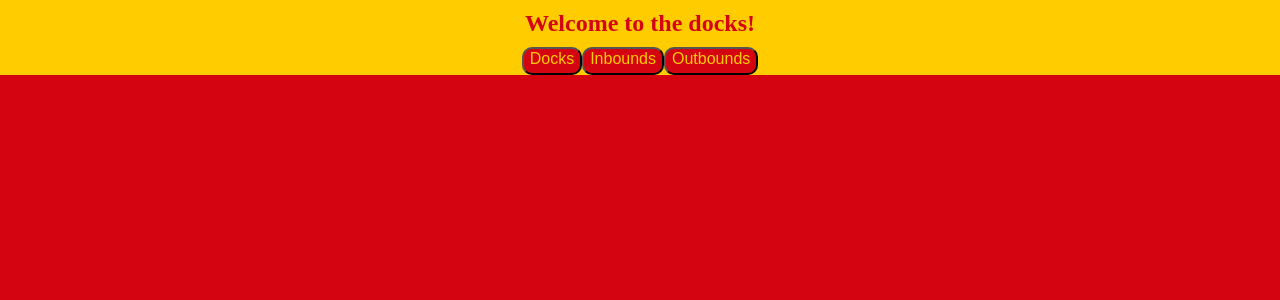
Repository: charliejp0311/java-final-proj
Page: dockWalk-frontend/index.html
These files come from the project's save history. The page is drawn as it stood at one moment and after the next save; the edit follows.
The browser window is 1280 px wide. The pictures show the whole page.
The page's requests for data from a server got no answer.

Above is the page before, as saved 2020-09-05 15:49:36.

### dockWalk-frontend/index.html
<!DOCTYPE html>
<html lang="en" dir="ltr">
    <head>
        <meta charset="utf-8">
        <link rel="stylesheet" href="style.css">
        <link rel='icon' href='images/favicon.ico'>
        <title>Dock Walk</title>
    </head>
    <body>
        <header>
            <h2>Welcome to the docks!</h2>
        </header>
        <main id="dock">

        </main>
    </body>
    <script type="application/javascript" src="src/index.js" charset="UTF-8"></script>
    <script type="application/javascript" src="src/discovery.js" charset="UTF-8"></script>
    <script type="application/javascript" src="src/dock.js" charset="UTF-8"></script>
    <script type="application/javascript" src="src/door_ranges.js" charset="UTF-8"></script>
    <script type="application/javascript" src="src/door.js" charset="UTF-8"></script>
</html>

### dockWalk-frontend/style.css
body {
    margin: 0;
    padding: 0;
    background-color: #D40511;
}

header {
    background-color: #FFCC00;
    color: #D40511;
    margin: 0 auto;
    height: 75px;
    text-align: center;
}

header h2 {
    padding: 10px;
    margin: 0;
}

main {
    display: grid;
    grid-template-columns: 1fr;
    grid-template-rows: auto;
    grid-gap: 25px;
    padding-top: 10px;
    padding-bottom: 30px;
}

div.card {
    background-color: #FFCC00;
    height: auto;
    width: auto;
    box-shadow: 10px 10px grey;
    padding: 10px;
    border-radius: 10px;
}

div.doorCard {
    /* background-color: #D40511;
    box-shadow: 10px 10px grey;
    padding: 10px;
    border-radius: 10px; */
}

p {
    font-size: .75em;
    color: black;
    font-family: Helvetica;
}
ul {
    padding: 20px;
}
td {
    padding: 20px;
}

li {
    font-size: 1.05em;
    list-style: none;
    padding-right: 20px;
    text-align: center;
}

button {
    font-size: 1em;
    color: #FFCC00;
    background-color: #D40511;
    border-radius: 10px;
    padding-bottom: 5px;
}

button.release {
    float: right;
    background-color: #E1332D;
}

@media only screen and (min-width: 500px) {
    main {
        grid-template-columns: 1fr 1fr;
    }
}

@media only screen and (min-width: 850px) {
    main {
        grid-template-columns: 1fr 1fr 1fr 1fr;
    }
}

### dockWalk-frontend/src/index.js
document.addEventListener("DOMContentLoaded", function () {
    let h = document.getElementsByTagName('header')[0]
    fetchDocks();
    let button1 = document.createElement('button')
    button1.innerText = "Docks"
    button1.addEventListener('click', (e)=>{window.location.reload()})
    let button2 = document.createElement('button')
    button2.addEventListener('click',(e)=>{
        dispDrCards(doorWithIn(), "Inbounds")
    })
    button2.innerText = "Inbounds"
    let button3 = document.createElement('button')
    button3.addEventListener('click',(e)=>{
        dispDrCards(doorWithOut(), "Outbounds")
    })
    button3.innerText = "Outbounds"
    // let button4 = document.createElement('button')
    // button4.addEventListener('click',(e)=>{
    //     dispDrCards(doorWithRack(), "Racks")
    // })
    // button4.innerText = "Racks"
    h.appendChild(button1)
    h.appendChild(button2)
    h.appendChild(button3)
    // h.appendChild(button4)
});

### dockWalk-frontend/src/discovery.js
class Discovery {
    constructor(dock, range, door, racks, stage, serviceable, s_comments, inbound_available, inbound_present, outbound_available, outbound_present, id = null) {
        this.id = id
        this.dock = dock
        this.range = range
        this.door = door
        this.racks = racks
        this.stage = stage
        this.serviceable =serviceable
        this.s_comments = s_comments
        this.inbound_available = inbound_available
        this.inbound_present = inbound_present
        this.outbound_available = outbound_available
        this.outbound_present = outbound_present
    }


}

let showDiscs = (discs)=>{
    debugger
}

let fetchDiscs = ()=>{
    return fetch('http://localhost:3000/discoveries').then(resp=>resp.json()).then(json=>showDiscs(json))
}

### dockWalk-frontend/src/dock.js
class Dock {
    constructor(id,section,ranges =[]) {
        this.id =id
        this.section = section
        this.ranges = ranges
    }
}

//making an empty array of docks/ranges/doors to store js dock obj's in thought is to get all the objects and store them in an array
const dks = [];
const ranges = [];
const drs = [];

let createDock = (docks) => {
    let d = docks.data // dock data
    let inc = docks.included /// included doors and ranges
    let rngs = inc.filter(rng => rng.type === 'door_range')//array of ranges json
    let ports = inc.filter(prt => prt.type === 'door')//array of doors json

    //docks
    for (const section of d) {
        dks.push(new Dock(section.id, section.attributes.section))//creates java object and pushes it to the dks array of docks
        //ranges
        for (const range of rngs.filter(rng => rng.relationships.dock.data.id === section.id)) {
            ranges.push(new Range(
                section.id,
                section.attributes.id,
                range.attributes.range,
                range.id,
                range.attributes.racks
                ))//creating a range adding it to all ranges
            // debugger
            //doors
            for (const p of ports.filter(prt => prt.relationships.door_range.data.id === range.id)) {
                drs.push(new Door(
                    p.attributes.id,
                    section.id,
                    section.attributes.section,
                    range.attributes.range,
                    range.id,
                    p.attributes.racks,
                    p.attributes.number,
                    p.attributes.stage,
                    p.attributes.serviceable,
                    p.attributes.service_comments,
                    p.attributes.inbound_available,
                    p.attributes.inbound_present,
                    p.attributes.outbound_available,
                    p.attributes.outbound_present
                ))//creating door/port in this instance started getting confused LOL needed to change it
                ranges[ranges['length']-1].doors.push(drs[drs.length - 1])///adding door to this ranges 'doors' array
            }//crates all doors

            dks[dks.length-1].ranges.push(ranges[ranges.length-1])//adding range to dock
        }/// creates all ranges

    }//creates all docks
    // displays the docks
    displayDocks(dks)
}
let displayDocks = (docks)=>{

    for (const dock of docks) {
        dockCards(dock)
    }//sends all docks and their ranges to the dock card.
}
// gives the dock a section card might put the event listener here......
let dispDk = (dock)=>{
    let div = document.createElement('div')
    div.className = 'section'
    div.innerText = dock.section
    div.id = dock.id
    div.addEventListener('click', (e) => {
        displaySec(dks.filter(dk => dk.id === e.currentTarget.id)[0])
    })
    for (const r of dock.ranges) {
        /// working here you are sending each docks range to create a range card
        div.appendChild(dispRng(r))
    }
    return div
}

//grabs the main grid and adds cards
let dockCards = (dock) => {
    let body = document.getElementById('dock')
    let div = document.createElement('div')
    div.className = 'card'
    div.appendChild(dispDk(dock))
    body.appendChild(div)
}

///this is the individual dock section

let displaySec = (section) => {
    let h2 = document.getElementsByTagName('h2')[0]
    h2.innerText = `${section.section} - Door Ranges`
    let dock = document.getElementById('dock')
    dock.innerText = ""
    for (const rng of section.ranges) {
        let div = document.createElement('div')
        div.className = 'card'
        div.id = rng.id
        div.addEventListener('click',(e)=>{
            displayRange(ranges.filter(rng => rng.id === e.currentTarget.id)[0])
        })
        div.appendChild(dispRng(rng))
        dock.appendChild(div)
    }
}


let fetchDocks = () => {
    return fetch('http://localhost:3000/docks')
        .then(resp => resp.json())
        .then(json => createDock(json))
}

### dockWalk-frontend/src/door_ranges.js
class Range extends Dock {
    constructor(dock_id, dock_section, range, id, doors = []) {
        super(dock_id,dock_section)
        this.range = range
        this.id = id
        this.doors = doors
    }
}

let displayRange = (range) =>{
    let h2 = document.getElementsByTagName('h2')[0]
    h2.innerText = `${range.range} `
    let body = document.getElementById('dock')
    body.innerHTML = ""
    for (const dr of range.doors) {
        let div = document.createElement('div')
        div.className = 'card'
        div.appendChild(dispDr(dr))
        div.addEventListener("click", (e)=>{ displayDoor(dr)})
        body.appendChild(div)
    }
}

let dispRng = (range) =>{
    let div = document.createElement('div')
    div.className = "range"
    div.id = range.id
    div.innerText = range.range
    for (const door of range.doors) {
        if (door.stage === true || door.racks === true || door.inbound_present === true || door.inbound_available === true || door.outbound_present === true || door.outbound_available === true) {
            div.appendChild(dispDr(door))
        }
    }
    return div

}

let doorWithOut = () =>{
    return drs.filter(door=>door.outbound_present===true || door.outbound_available===true)
}

let doorWithIn = () => {
    return drs.filter(door => door.inbound_present === true || door.inbound_available === true)
}

let doorWithRack = () =>{
    return drs.filter(door => door.racks === true)

}

### dockWalk-frontend/src/door.js
class Door extends Range {
    constructor(id,dock_id,dock_section, range, range_id, racks, number, stage, serviceable, s_comments, inbound_available, inbound_present, outbound_available, outbound_present) {
        super(dock_id, dock_section, range, range_id)
        this.id = id
        this.number = number
        this.racks = racks
        this.stage = stage
        this.serviceable = serviceable
        this.s_comments = s_comments
        this.inbound_present = inbound_present
        this.inbound_available = inbound_available
        this.outbound_present = outbound_present
        this.outbound_available  = outbound_available
    }

}

let displayDoor = (door)=>{
    let h2 = document.getElementsByTagName('h2')[0]
    h2.innerText = `${door.number}`
    let body = document.getElementById('dock')
    body.innerHTML = ""
    let div = document.createElement('div')
    div.className = 'card'
    div.innerText = door.number
    let frm = doorForm(door)
    div.appendChild(frm)
    body.appendChild(div)
    ///need to set checks here for anything that is true
    for (const key in door) {
        if (door.hasOwnProperty(key)) {
            const element = door[key];
            if (element === true) {
                document.querySelector(`#${key}`).checked = true
            }
            if(key === 's_comments'){
                document.querySelector(`#${key}`).value = door.s_comments
            }
        }
    }
}

let doorForm = (door) => {
    let form = document.createElement('form')
    let comments = document.createElement('input')
    comments.type = "text"
    form.htmlFor = door
    form.id = door.id
    for (const key in door) {
        const element = door[key];
        let checkBox = document.createElement('input')
        checkBox.type = 'checkbox'
        let comments = document.createElement('input')
        comments.type = 'text'
        let lbl = document.createElement('label')
        switch (key) {
            case 's_comments':
                lbl.innerText = `Comments ~`
                form.appendChild(lbl)
                form.innerHTML += '<br>'
                comments.id = key
                form.appendChild(comments)
                form.innerHTML += '<br>'
                break;
            default :
                if (element===true || element===false) {
                    lbl.innerText = key
                    checkBox.click()
                    checkBox.id = key
                    form.appendChild(lbl)
                    form.appendChild(checkBox)
                    form.innerHTML += '<br>'
                }
            break;
        }
    }

    let discover = document.createElement('button')
    discover.innerText = 'Discover'
    discover.addEventListener('click', (e)=>{
        let formElmnts = e.target.parentNode.children
        let disc = new Discovery(door.section, door.range, door.number, formElmnts.racks.checked, formElmnts.stage.checked, formElmnts.serviceable.checked, formElmnts.s_comments.value, formElmnts.inbound_available.checked, formElmnts.inbound_present.checked, formElmnts.outbound_available.checked, formElmnts.outbound_present.checked)
        let configObj = {
            method: "POST",
            headers: {
                "Content-Type":"application/json",
                "Accept":"application/json"
            },
            body: JSON.stringify(disc)
        };
        return fetch('http://localhost:3000/discoveries', configObj)
    })

    form.appendChild(discover)
    return form;

}


let dispDr = (door) => {
    let div = document.createElement('div')
    div.className = 'door'
    div.innerText = door.number
    div.id = door.id
    div.innerHTML += '<br/>'
    let tbl = document.createElement('tbl')
    let tdk = document.createElement('td')
    let tde = document.createElement('td')
    if (door.serviceable) {
        for (const key in door) {
            if (door.hasOwnProperty(key)) {
                if (key!=='serviceable') {
                    const element = door[key];
                    let trk = document.createElement('tr')
                    if (element === true) {
                        trk.innerText = `${key} `
                        tdk.appendChild(trk)
                    }
                    tbl.appendChild(tdk)
                }
            }
        }
    } else {
        let trk = document.createElement('tr')
        let tre = document.createElement('tr')
        trk.innerText = "OUT OF SERVICE"
        tre.innerText = door.s_comments
        tdk.appendChild(trk)
        tde.appendChild(tre)
        tbl.appendChild(tdk)
        tbl.appendChild(tde)

    }
    div.appendChild(tbl)
    return div
}

let dispDrCards = (doors,direction) =>{
    let h2 = document.getElementsByTagName('h2')[0]
    h2.innerText = `${direction}`
    let body = document.getElementById('dock')
    body.innerHTML = ""
    for (const dr of doors) {
        let div = document.createElement('div')
        div.className = 'card'
        div.appendChild(dispDr(dr))
        div.addEventListener("click", (e) => {
            displayDoor(dr)
        })
        body.appendChild(div)
    }
}

After the next save:
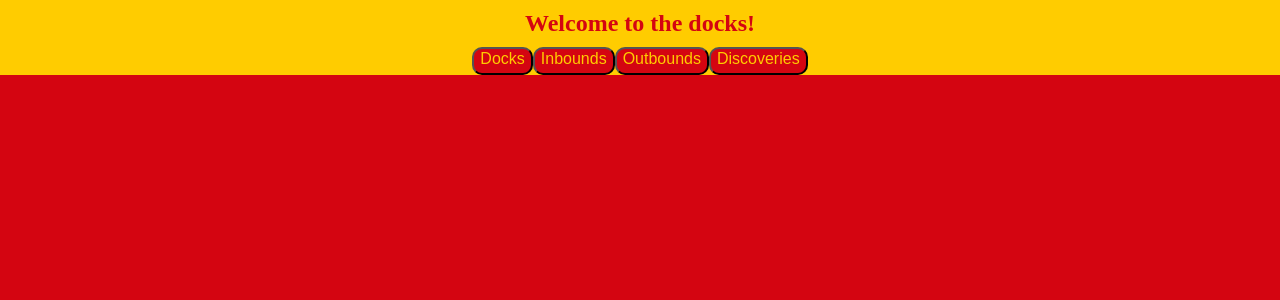
Saved 109 s later.
--- a/dockWalk-frontend/src/index.js
+++ b/dockWalk-frontend/src/index.js
@@ -14,13 +14,13 @@
         dispDrCards(doorWithOut(), "Outbounds")
     })
     button3.innerText = "Outbounds"
-    // let button4 = document.createElement('button')
-    // button4.addEventListener('click',(e)=>{
-    //     dispDrCards(doorWithRack(), "Racks")
-    // })
-    // button4.innerText = "Racks"
+    let button4 = document.createElement('button')
+    button4.addEventListener('click',(e)=>{
+        fetchDiscs
+    })
+    button4.innerText = "Discoveries"
     h.appendChild(button1)
     h.appendChild(button2)
     h.appendChild(button3)
-    // h.appendChild(button4)
+    h.appendChild(button4)
 });
